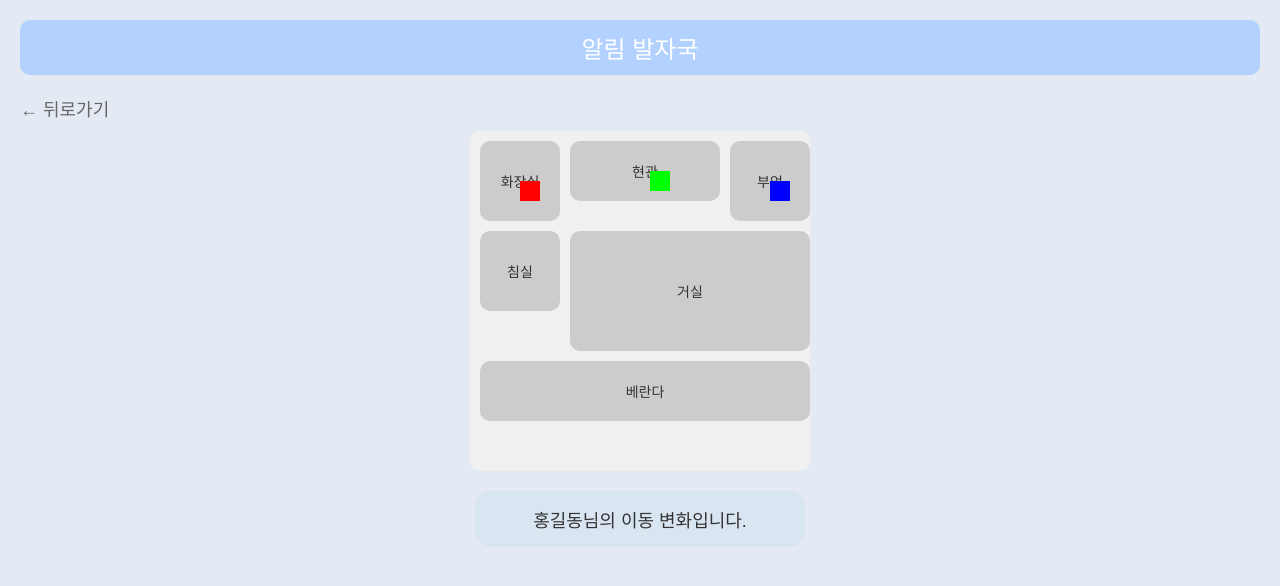
Repository: step-by-steps/step_by_steps_web
Page: http://localhost/step2
These files come from the project's save history. The page is drawn as it stood at one moment and after a run of saves; the edit follows.
The browser window is 1280 px wide. The pictures show the whole page.
The page is served by the project's application, run on Flask 3 (main.py). The session is filled in as if someone had signed in: {"username": "testuser"}. Queries for data that is not in the repository find no rows.

Above is the page before, as saved 2024-08-19 01:20:21.

After the next 2 saves:
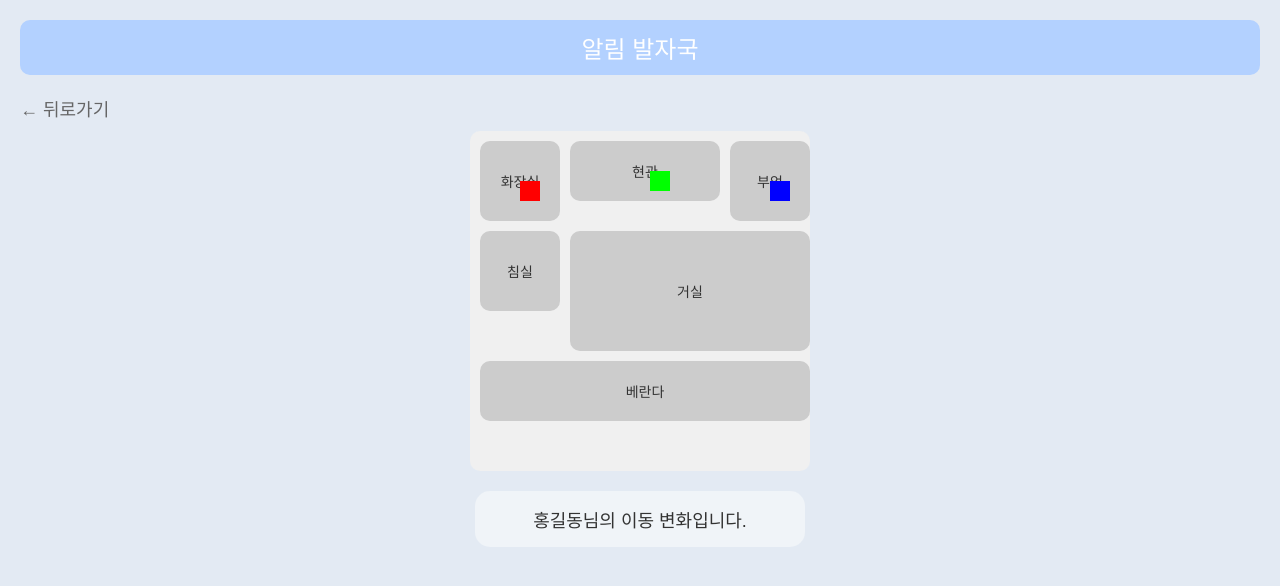
The 2 saves are shown as one change because they came seconds apart.
The last was saved 72 s later.
--- a/templates/step2.html
+++ b/templates/step2.html
@@ -77,8 +77,9 @@
         .alert_button3 { top: 50px; left: 300px; background-color: #0000FF; } /* location3 - 파란색 */
 
         .text-box {
-            background-color: #d9e6f2;
             color: #333;
+            background-color: #F0F4F8; /* 기존보다 명도 높은 배경색 */
+
             font-size: 18px;
             text-align: center;
             padding: 15px;

After the 2 saves that followed:
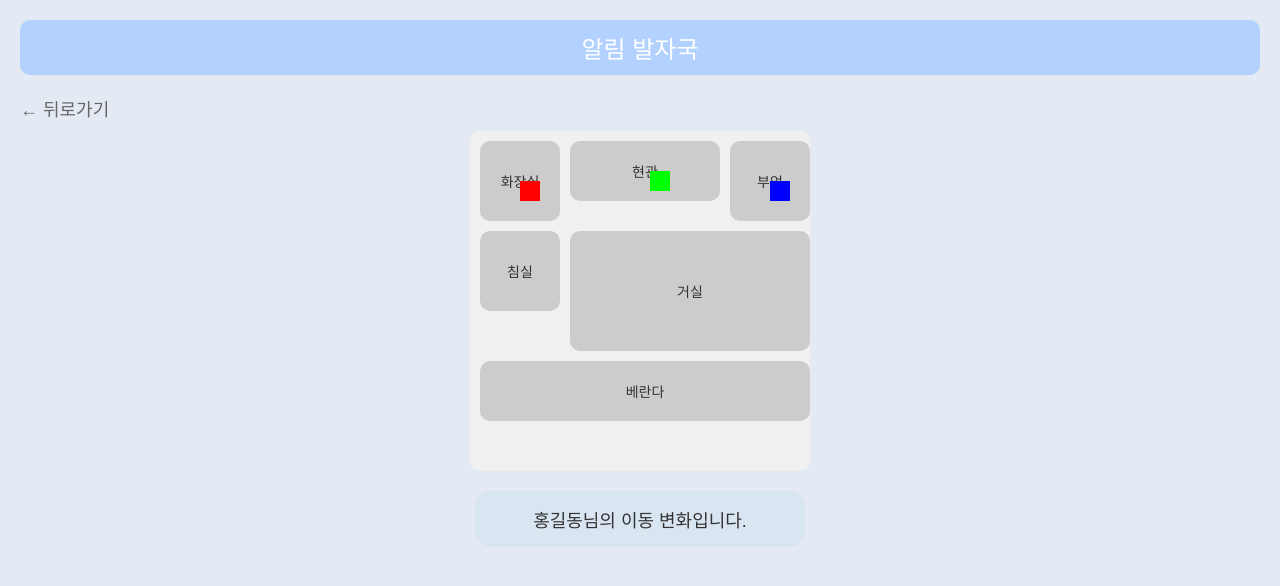
The 2 saves are shown as one change because they came seconds apart.
The last was saved 13 s later.
--- a/templates/step2.html
+++ b/templates/step2.html
@@ -77,9 +77,8 @@
         .alert_button3 { top: 50px; left: 300px; background-color: #0000FF; } /* location3 - 파란색 */
 
         .text-box {
+            background-color: #d9e6f2;
             color: #333;
-            background-color: #F0F4F8; /* 기존보다 명도 높은 배경색 */
-
             font-size: 18px;
             text-align: center;
             padding: 15px;
